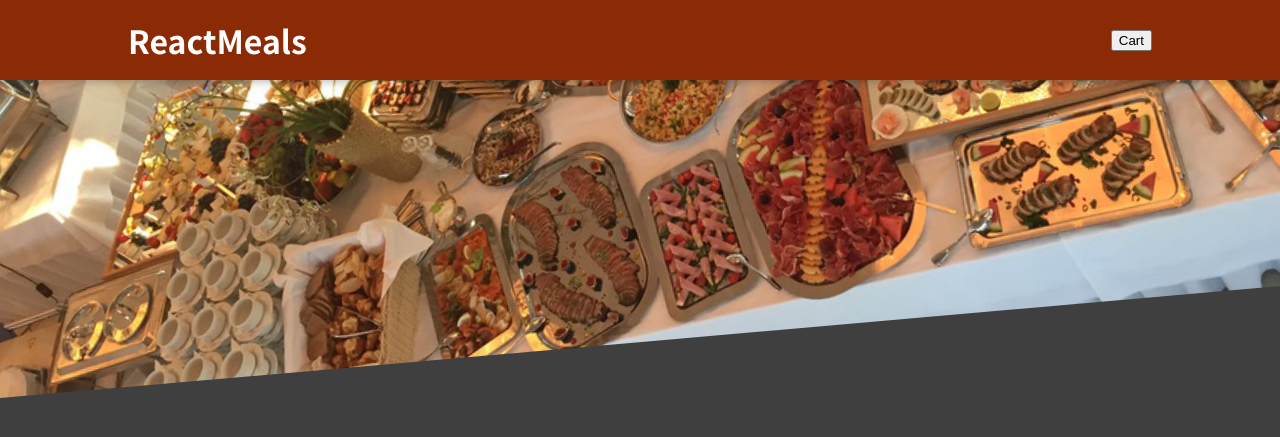
Repository: TonyHoukun-2022/React-foodApp-demo
Page: / (app in Desktop/REACT/React_FoodOrderApp/)
These files come from the project's save history. The page is drawn as it stood at one moment and after a run of saves; the edit follows.
The browser window is 1280 px wide. The pictures show the whole page.
The project was rebuilt for these pictures with package versions that can differ from the ones it lists, and the page was loaded fresh each time.

Above is the page before, as saved 2021-12-05 15:20:09.

### Desktop/REACT/React_FoodOrderApp/src/App.js
import React from "react"
import Header from "./components/Layout/Header"
function App() {
  return (
    <>
      <Header></Header>
    </>
  )
}

export default App

### Desktop/REACT/React_FoodOrderApp/src/components/Layout/Header.js
import React from "react"
import headerImg from "../../assets/header.jpeg"
import styles from "./Header.module.css"
const Header = (props) => {
  return (
    <>
          <header className={styles.header}>
              <h1>ReactMeals</h1>
              <button>Cart</button>
          </header>
          <div className={styles['main-image']}>
              <img src={headerImg} alt="header-image" />
          </div>
    </>
  )
}
export default Header

### Desktop/REACT/React_FoodOrderApp/src/components/Layout/HeaderCartButton.js
import CartIcon from "../Cart/CartIcon"
import styles from "./HeaderCartButton.module.css"
const HeaderCartButton = props => {
    return (
        <button className={styles.button}>
            <span className={styles.icon}>
                <CartIcon></CartIcon>
            </span>
            <span>Your cart</span>
            <span className={styles.badge}>4</span>
        </button>
    )
 }
export default HeaderCartButton

### Desktop/REACT/React_FoodOrderApp/src/components/Cart/CartIcon.js
const CartIcon = () => {
  return (
    <svg xmlns="http://www.w3.org/2000/svg" viewBox="0 0 20 20" fill="currentColor">
      <path d="M3 1a1 1 0 000 2h1.22l.305 1.222a.997.997 0 00.01.042l1.358 5.43-.893.892C3.74 11.846 4.632 14 6.414 14H15a1 1 0 000-2H6.414l1-1H14a1 1 0 00.894-.553l3-6A1 1 0 0017 3H6.28l-.31-1.243A1 1 0 005 1H3zM16 16.5a1.5 1.5 0 11-3 0 1.5 1.5 0 013 0zM6.5 18a1.5 1.5 0 100-3 1.5 1.5 0 000 3z" />
    </svg>
  )
}

export default CartIcon

### Desktop/REACT/React_FoodOrderApp/src/components/Layout/HeaderCartButton.module.css
.button {
  cursor: pointer;
  font: inherit;
  border: none;
  background-color: #4d1601;
  color: white;
  padding: 0.75rem 3rem;
  display: flex;
  justify-content: space-around;
  align-items: center;
  border-radius: 25px;
  font-weight: bold;
}

.button:hover,
.button:active {
  background-color: #2c0d00;
}

.icon {
  width: 1.35rem;
  height: 1.35rem;
  margin-right: 0.5rem;
}

.badge {
  background-color: #b94517;
  padding: 0.25rem 1rem;
  border-radius: 25px;
  margin-left: 1rem;
  font-weight: bold;
}

.button:hover .badge,
.button:active .badge {
  background-color: #92320c;
}

.bump {
  animation: bump 300ms ease-out;
}

@keyframes bump {
  0% {
    transform: scale(1);
  }
  10% {
    transform: scale(0.9);
  }
  30% {
    transform: scale(1.1);
  }
  50% {
    transform: scale(1.15);
  }
  100% {
    transform: scale(1);
  }
}

Loaded but not shown: Desktop/REACT/React_FoodOrderApp/public/index.html (common file); Desktop/REACT/React_FoodOrderApp/src/index.js (common file); Desktop/REACT/React_FoodOrderApp/src/index.css (common file); Desktop/REACT/React_FoodOrderApp/src/components/Layout/Header.module.css (common file)

After the next 2 saves:
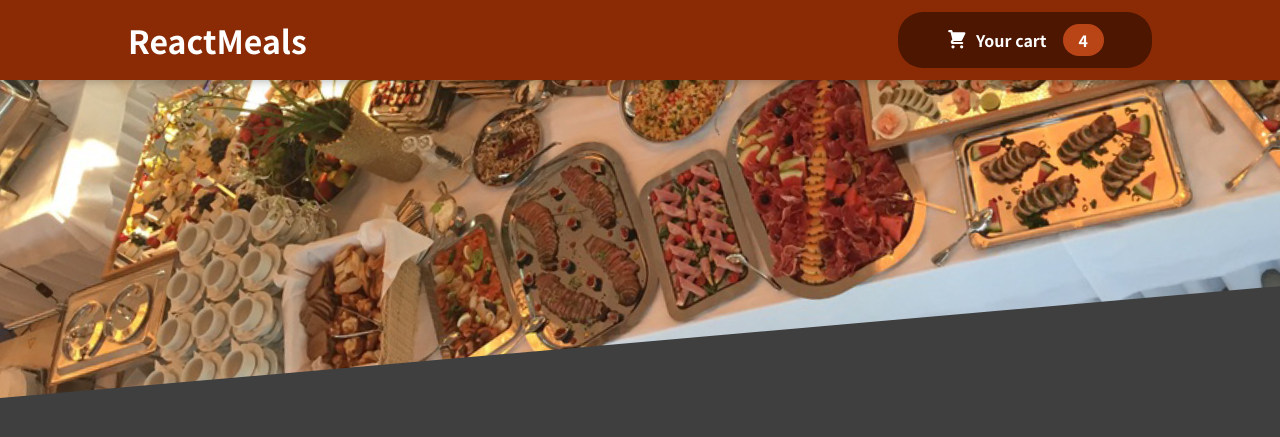
The 2 saves are shown as one change because 1 did not build or start.
The last was saved 49 s later.
--- a/Desktop/REACT/React_FoodOrderApp/src/components/Layout/Header.js
+++ b/Desktop/REACT/React_FoodOrderApp/src/components/Layout/Header.js
@@ -1,12 +1,13 @@
 import React from "react"
 import headerImg from "../../assets/header.jpeg"
 import styles from "./Header.module.css"
+import HeaderCartButton from "./HeaderCartButton"
 const Header = (props) => {
   return (
     <>
           <header className={styles.header}>
               <h1>ReactMeals</h1>
-              <button>Cart</button>
+              <HeaderCartButton></HeaderCartButton>
           </header>
           <div className={styles['main-image']}>
               <img src={headerImg} alt="header-image" />
